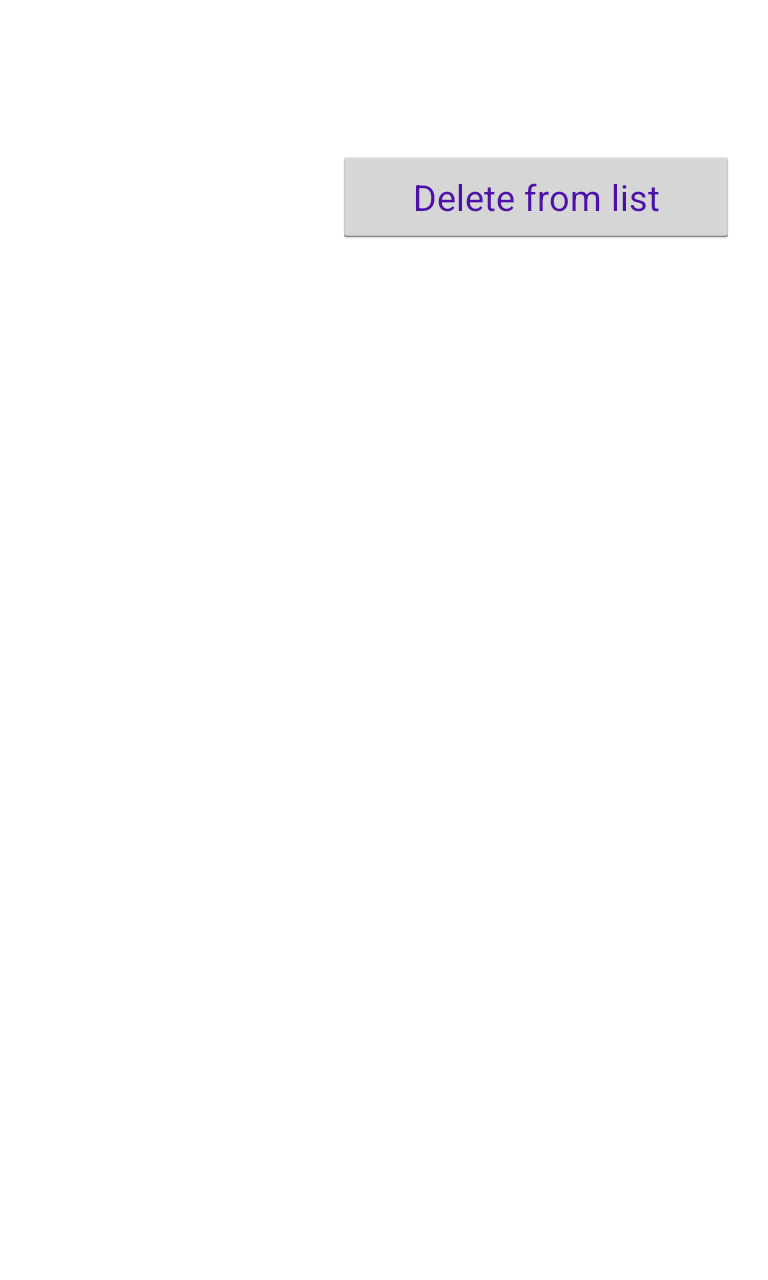
Repository: harvard-lil/wtwba-android-app
Layout: wtwba/res/layout/activity_delete_item.xml
These files come from the project's save history. The layout is drawn as it stood at one moment and after the next save; the edit follows.
It is drawn on a 768 x 1280 px phone screen (xhdpi) without system bars, with theme AppTheme; the app's code is not run.

Above is the layout before, as saved 2013-03-14 19:50:16.

### wtwba/res/layout/activity_delete_item.xml
<?xml version="1.0" encoding="utf-8"?>
<LinearLayout xmlns:android="http://schemas.android.com/apk/res/android"
    android:layout_width="fill_parent"
    android:layout_height="fill_parent"
    android:paddingLeft="16dp"
    android:paddingRight="16dp"
    android:layout_margin="15dip"
    android:orientation="vertical" >

    <TextView
        android:id="@+id/title_preview"
        android:layout_width="fill_parent"
        android:layout_height="wrap_content"
        android:layout_marginTop="15dip"
        android:layout_marginBottom="35dip"
        android:textAppearance="?android:attr/textAppearanceMedium"
         />

    <Button
        android:layout_width="200dp"
        android:layout_height="wrap_content"
        android:layout_gravity="right"
        android:textColor="#4c11a9"
        android:text="@string/button_confirm_delete"
        android:onClick="deleteItem"/>
</LinearLayout>

### wtwba/res/values/strings.xml
<?xml version="1.0" encoding="utf-8"?>
<resources>

    <string name="app_name">wtwba</string>
    <string name="main_activity_title">Where the Wild Books Are</string>
    <string name="activity_item_details_title">Wild Books</string>
    <string name="activity_scan_title">Wild Books</string>
    <string name="activity_manage_user_title">Wild Books | Manage User</string>
    <string name="activity_location_title">Select your current location</string>
    <string name="user_name_box_label">Enter your assigned user key</string>
    <string name="edit_message">Enter a message</string>
    <string name="loading_message">Loading</string>


    <string name="button_confirm_delete">Delete from list</string>
    <string name="activity_delete_title">Delete an item</string>

    <string name="button_scan">Scan</string>
    <string name="button_item_confrim">Return home</string>
    <string name="button_add">Add to list</string>
    <string name="button_save_user_name">Save user key</string>
    <string name="menu_settings">Settings</string>
    <string name="title_activity_main">MainActivity</string>
    <string name="hello_world">Hello world!</string>
    <string name="title_holder">Sample Title Here</string>
    <string name="connection_error">Unable to connect to network</string>
    <string name="title_activity_display_message">DisplayMessageActivity</string>
    <string name="empty_list">You haven\'t added any items.</string>

</resources>

Loaded but not shown: wtwba/res/values-v11/styles.xml (common file); wtwba/res/values-v14/styles.xml (common file); wtwba/res/values/styles.xml (common file)

After the next save:
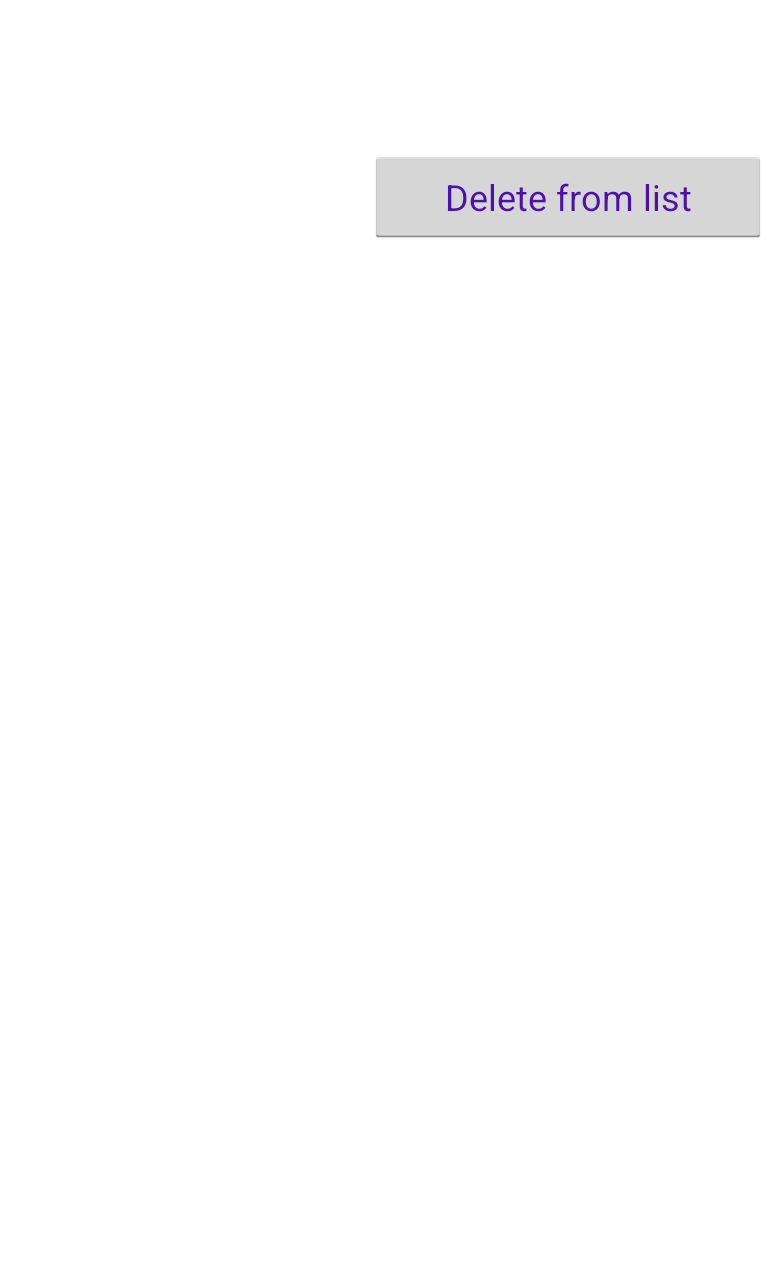
Saved 46 s later.
--- a/wtwba/res/layout/activity_delete_item.xml
+++ b/wtwba/res/layout/activity_delete_item.xml
@@ -2,8 +2,6 @@
 <LinearLayout xmlns:android="http://schemas.android.com/apk/res/android"
     android:layout_width="fill_parent"
     android:layout_height="fill_parent"
-    android:paddingLeft="16dp"
-    android:paddingRight="16dp"
     android:layout_margin="15dip"
     android:orientation="vertical" >
 
